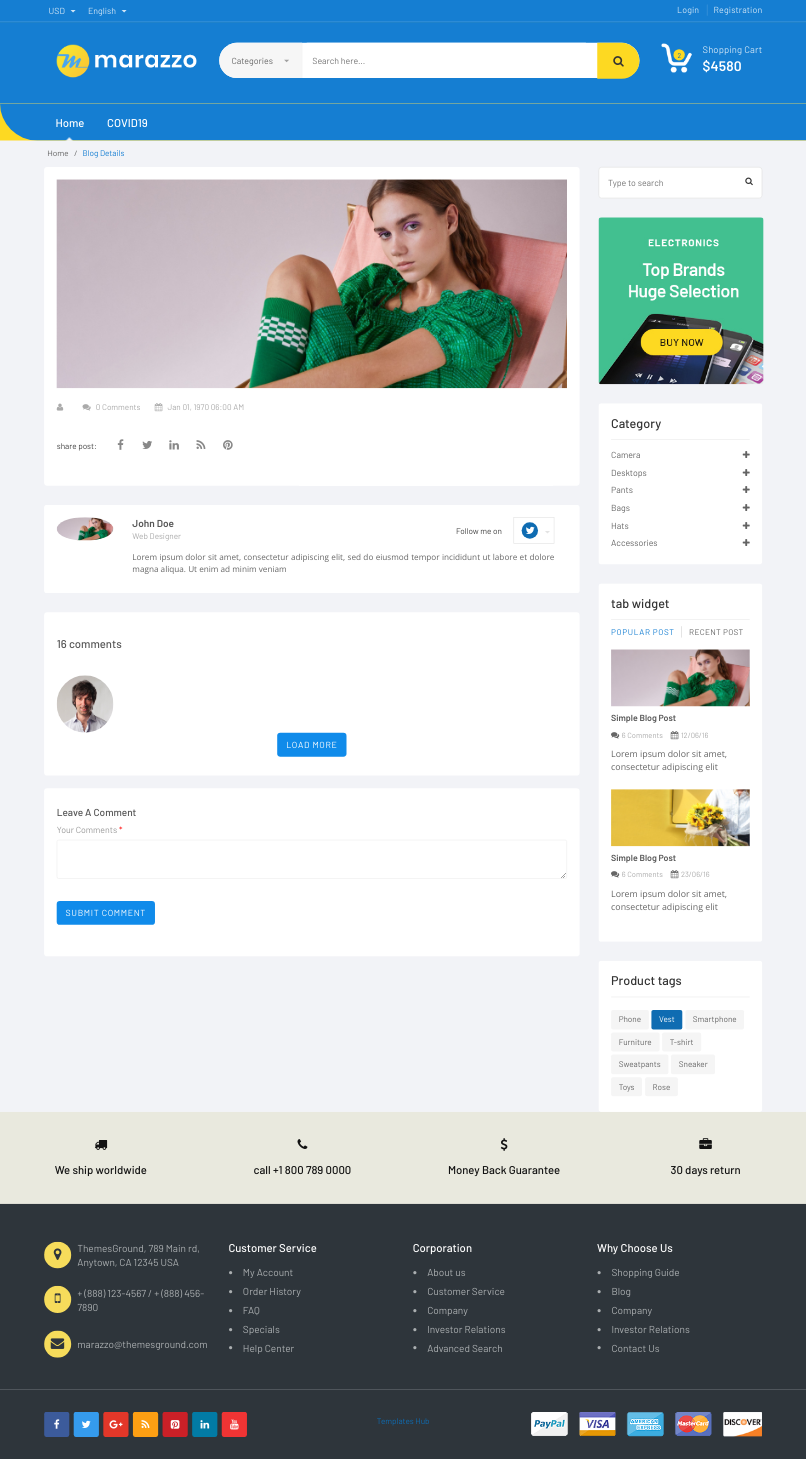
Repository: ztarikul/Laravel_e_commerce
Page: resources/views/posts/blog_details.blade.php
These files come from the project's save history. The page is drawn as it stood at one moment and after the next save; the edit follows.
The browser window is 1280 px wide. The pictures show the whole page, at 63% of full size.
The page is served by the project's Laravel application, run on PHP 8.4 with Laravel 8. The template is opened directly, without the code that normally fills it, so the values that code supplies are empty.

Above is the page before, as saved 2021-07-30 01:46:40.

After the next save:
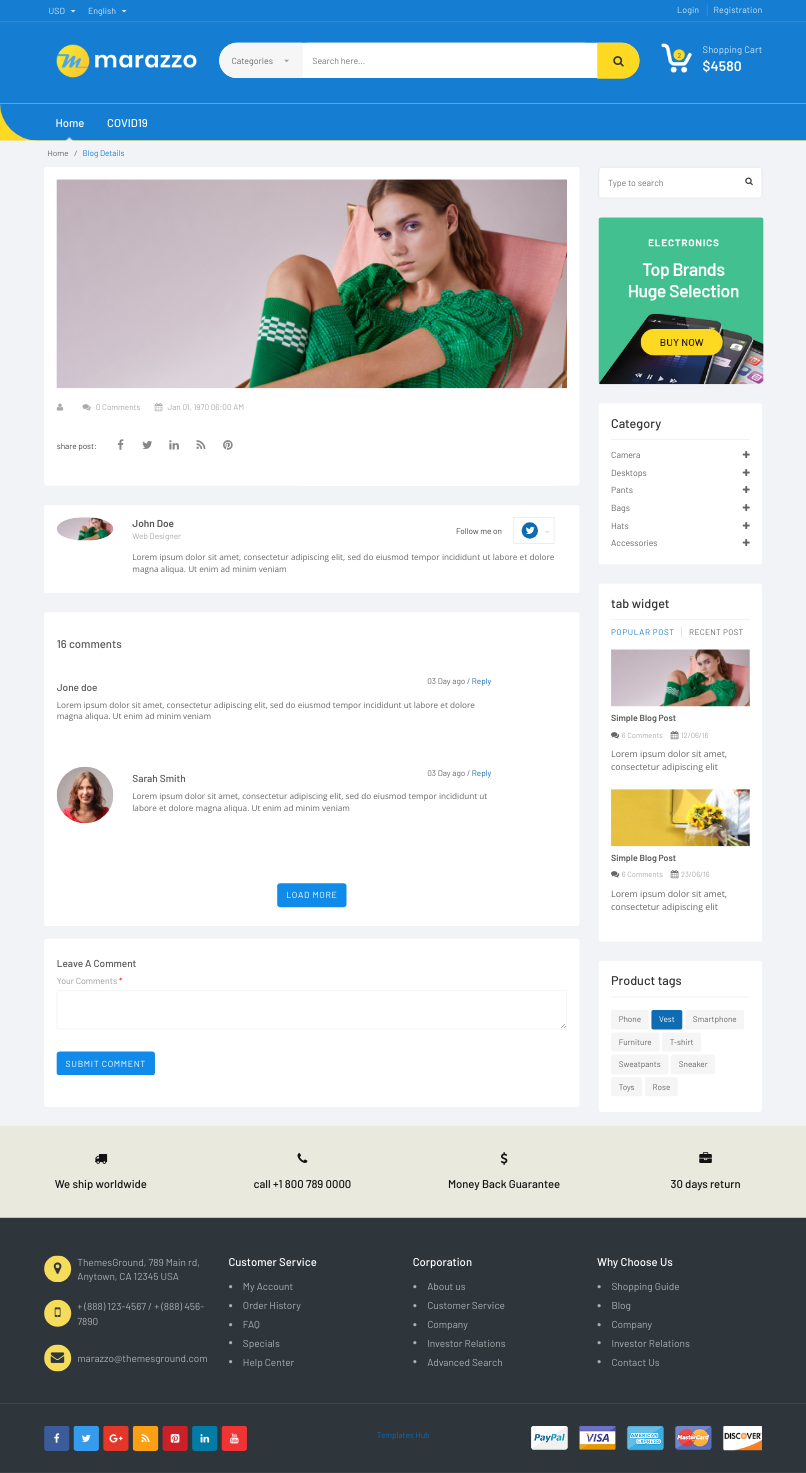
Saved 31 s later.
--- a/e_com/resources/views/posts/blog_details.blade.php
+++ b/e_com/resources/views/posts/blog_details.blade.php
@@ -64,10 +64,10 @@
 		<div class="col-md-12">
 			<h3 class="title-review-comments">16 comments</h3>
 		</div>
-		<div class="col-md-2 col-sm-2">
+		<div id="abcd" class="col-md-2 col-sm-2">
 			<img src="{{asset('images/testimonials/member1.png')}}" alt="Responsive image" class="img-rounded img-responsive">
 		</div>
-		<div id="abcd"class="col-md-10 col-sm-10 blog-comments outer-bottom-xs">
+		<div class="col-md-10 col-sm-10 blog-comments outer-bottom-xs">
 			<div class="blog-comments inner-bottom-xs">
 				<h4>Jone doe</h4>
 				<span class="review-action pull-right">
